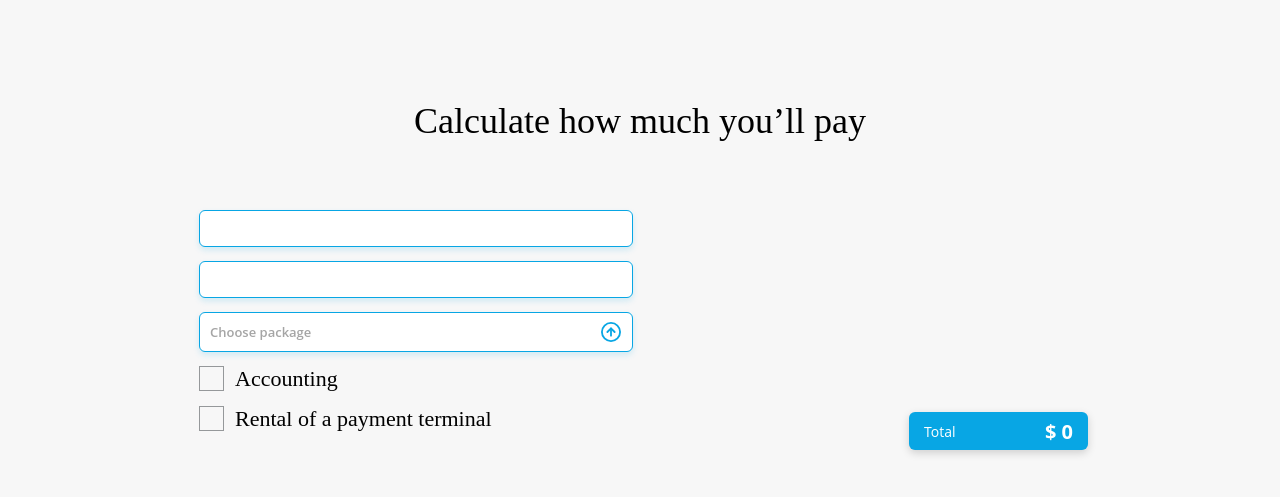
Repository: VolodymyrDubnytskyi/BestShop_project
Page: inedx2.html
The author's editor kept a copy of each file at every save. The page is drawn from the files as they stood at one save, then again after the next save.
The browser window is 1280 px wide. The pictures show the whole page.

Above is the page before, as saved 2020-01-20 20:33:24.

After the next save:
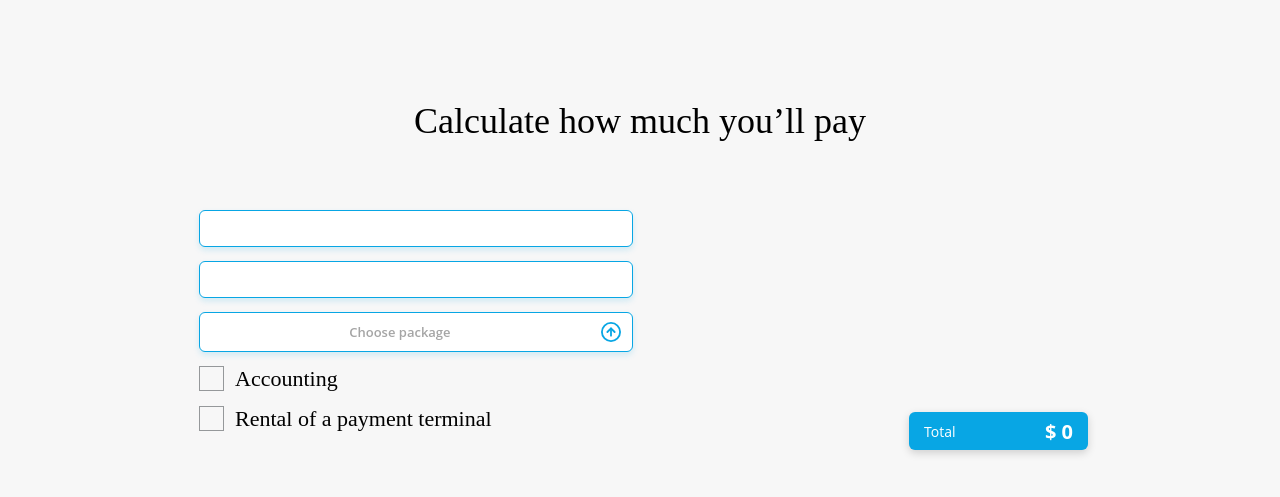
Saved 83 s later.
--- a/inedx2.html
+++ b/inedx2.html
@@ -19,7 +19,7 @@
                 <div class="calculate-box calculate-box-inputs">
                     <input type="number" name="productsQuantity" id="quantity">
                     <input type="number" name="ordersInmonth" id="inMonth">
-                    <div class="custom-select-box">Choose package <span class="custom-select-box-arrow"></span>
+                    <div class="custom-select-box"><span class="custom-select-box-default-text"></span> Choose package <span class="custom-select-box-arrow"></span>
                         <select name="package" id="package" class="selcet-package" aria-placeholder="Products quantity">
                                 <option class="disable-option" disabled selected> Choose package</option>
                                 <option value="basic">Basic</option>
